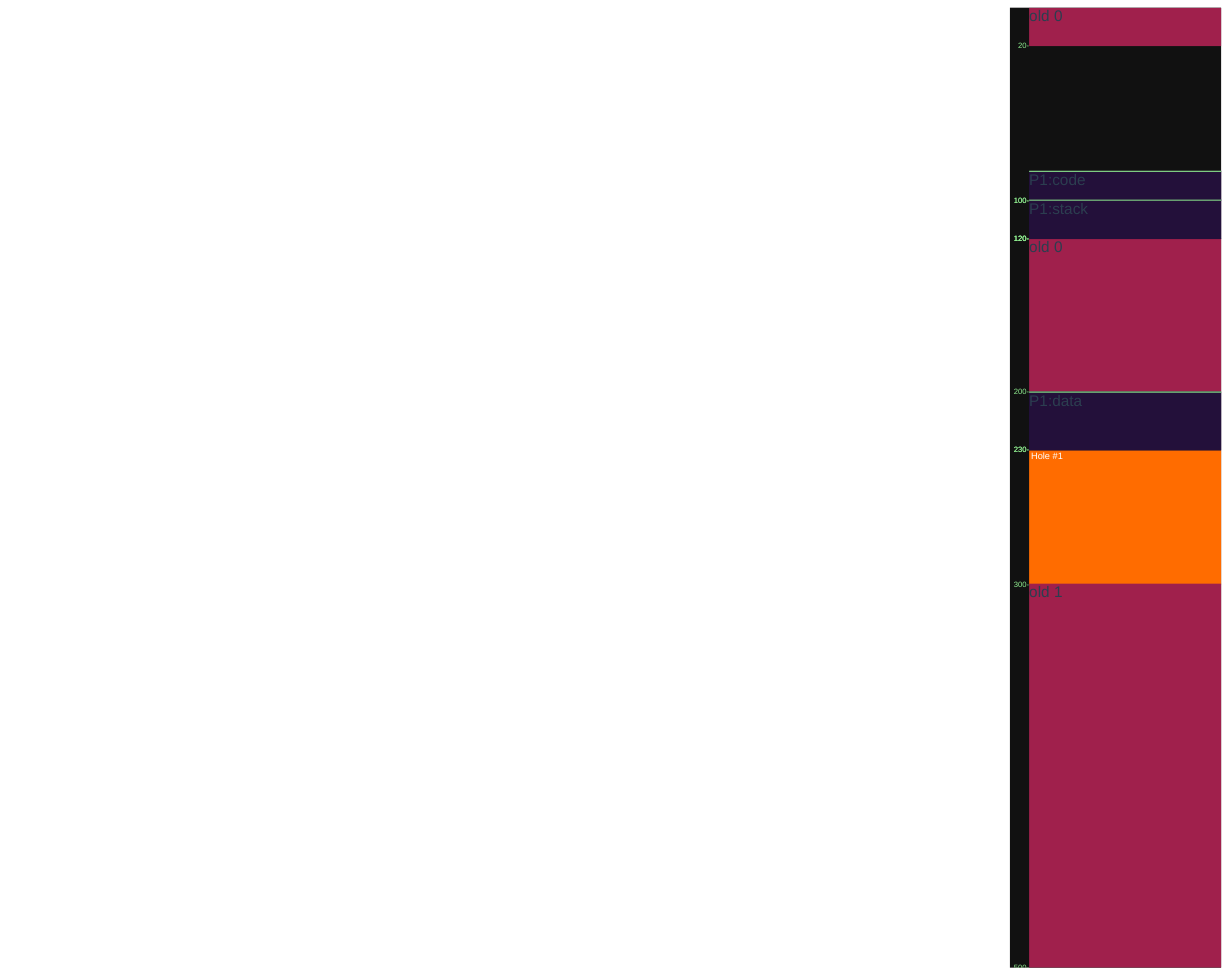
Repository: atout811/memory-allocation-project
Page: /#/final
An editor plug-in stored every save of this project. The page is shown before and after the next save, followed by the edit.
The browser window is 1280 px wide. The pictures show the whole page, at 96% of full size.
The project was rebuilt for these pictures with package versions that can differ from the ones it lists, and the page was loaded fresh each time. Also part of the build but not shown: src/views/MemoryAndHoles.vue, src/views/Process.vue, src/views/Methods.vue.

Above is the page before, as saved 2021-06-09 21:25:40.

After the next save:
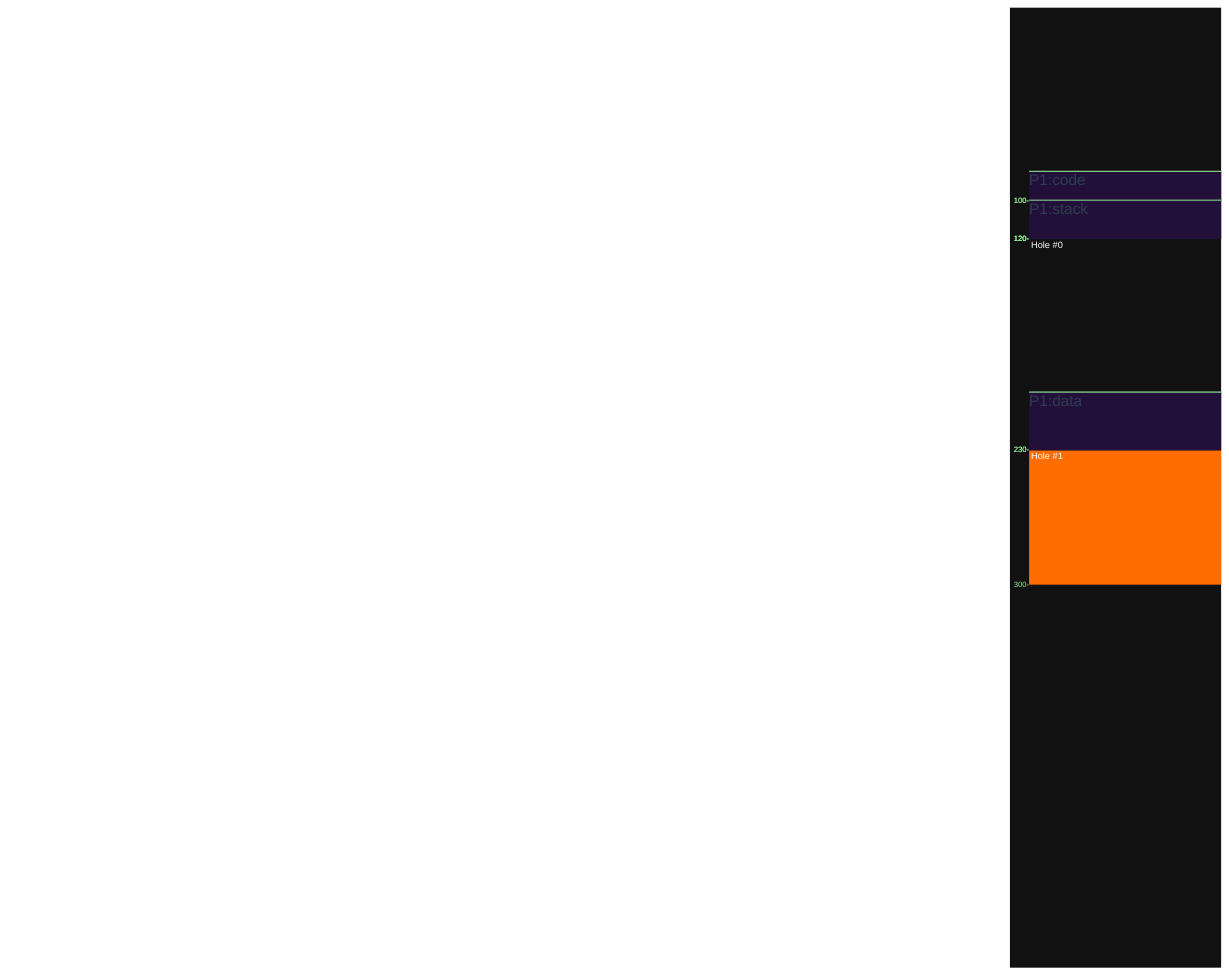
Saved 39 s later.
--- a/src/views/Final.vue
+++ b/src/views/Final.vue
@@ -272,7 +272,7 @@ export default {
     function render() {
       clear();
       renderHoles("hole", holes);
-      renderHoles("old", OldProcess);
+      // renderHoles("old", OldProcess);
       renderProcess();
     }
     render();
